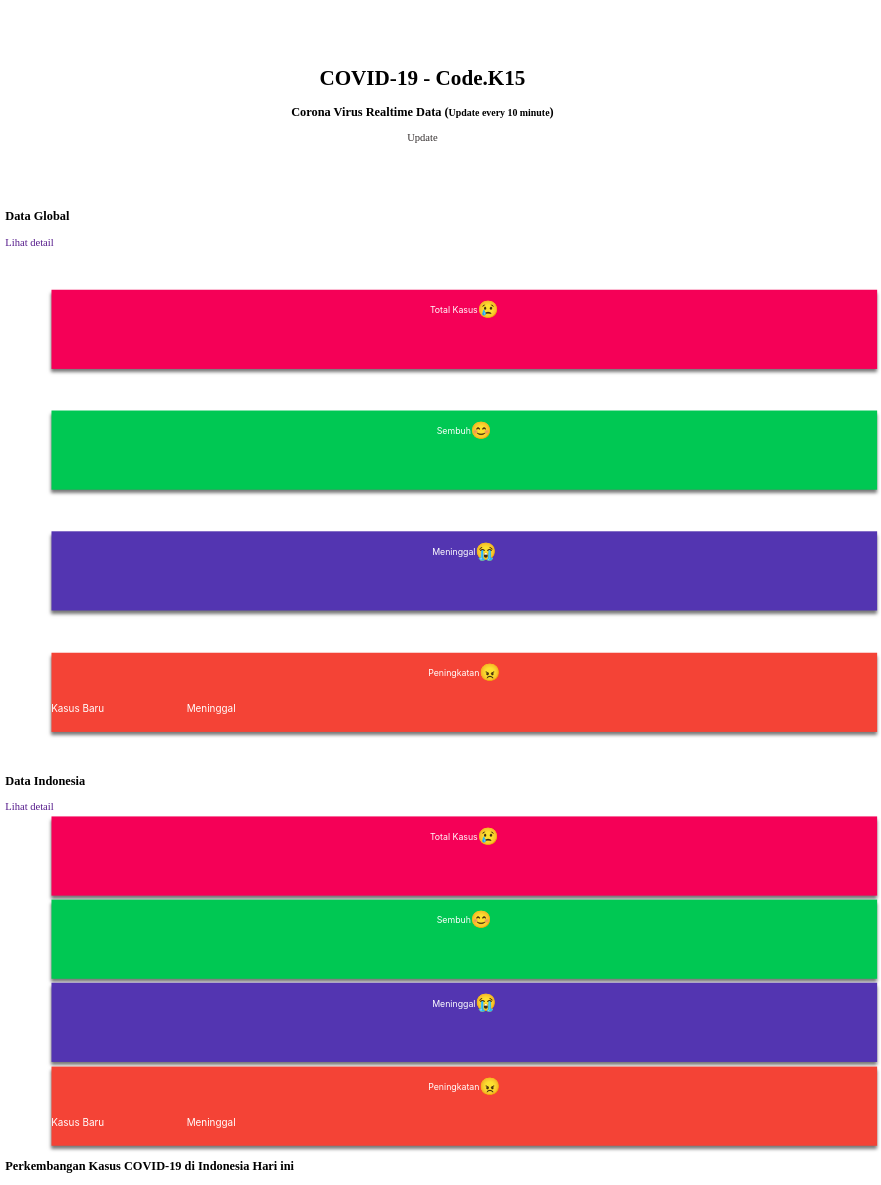
Repository: fathur15/covid19-monitoring
Page: http://localhost/covid19/apps/views/data/main/dashboard.php
The author's editor kept a copy of each file at every save. The page is drawn from the files as they stood at one save, then again after the next save.
The browser window is 1280 px wide. The page is 1335 px wide, so the pictures cover 1335 px, including what lies to the right of the window. The pictures show the whole page, at 66% of full size.
The page is run by PHP 8.4 with error messages shown; the project is at /var/www/html/.

Above is the page before, as saved 2020-04-14 14:02:56.

### apps/views/data/main/dashboard.php

<style>

    #resumeGlobal p, h5{
        color: white;
        font-weight: 400;
        font-family: -apple-system, BlinkMacSystemFont, 'Segoe UI', Roboto, Oxygen, Ubuntu, Cantarell, 'Open Sans', 'Helvetica Neue', sans-serif
    }
    #resumeIndonesia p, h5{
        color: white;
        font-weight: 400;
        font-family: -apple-system, BlinkMacSystemFont, 'Segoe UI', Roboto, Oxygen, Ubuntu, Cantarell, 'Open Sans', 'Helvetica Neue', sans-serif
    }
    .shadow-box{
        -webkit-box-shadow: 0 15px 10px #777;
        -moz-box-shadow: 0 15px 10px #777;
        box-shadow: 0 5px 5px #777;

    }
    .content-main-wrapper{
        /* margin: 5% 0; */
    }
    /* .shadow-box:after{
        -webkit-transform: rotate(3deg);
        -moz-transform: rotate(3deg);
        -o-transform: rotate(3deg);
        -ms-transform: rotate(3deg);
        transform: rotate(3deg);
        right: 10px;
        left: auto;
    } */

</style>
<div class="content">
    <div class="heading" style="margin: 100px 30%; text-align: center">
        <h1>COVID-19 - Code.K15</h1>
        <h3>Corona Virus Realtime Data (<small style="font-size: 15px">Update every 10 minute</small>)</h3>
        <p id="date-update" style="color: #353030;">Update</p>
    </div>
    <div class="main">
        <div class="container">
            <div class="row content-main-wrapper">
                <div class="head-main-content">
                    <h3>Data Global</h3>
                    <a style="text-decoration: none" href="">Lihat detail  <i class="fas fa-long-arrow-alt-right" aria-hidden="true"></i></a>
                </div>
                <div id="resumeGlobal" class="row" style="width: 100%; margin: 0 5%" >
                        <div class="card col-sm-3 shadow-box" style="background: #f50057; margin:5% 0.5%; align-items: center; height: 120px ">
                            <div class="card-body">
                                <div style="flex-direction: row; display: flex; justify-content: center; align-items: center">
                                    <h5 id="title-kasus-global" class="card-text">Total Kasus</h5>
                                    <span style="color: black; font-size: 25px; text-shadow: 0 0 0 yellow">&#x1F622</span>
                                </div>
                                <p class="card-text" id="kasus-global"></p>
                            </div>
                        </div>
                        <div class="card col-sm-3 shadow-box" style="background: #00c853; margin: 5% 0.5%; align-items: center; height: 120px ">
                            <div class="card-body">
                                <div style="flex-direction: row; display: flex; justify-content: center; align-items: center">
                                    <h5 id="title-kasus-global" class="card-text">Sembuh</h5>
                                    <span style="color: black; font-size: 25px; text-shadow: 0 0 0 yellow">&#x1F60A</span>
                                </div>
                                <p class="card-text" id="sembuh-global"></p>
                                <!-- <p style="">Orang</p> -->
                            </div>
                        </div>
                        <div class="card col-sm-3 shadow-box" style="margin:5% 0.5%; height: 120px;align-items: center;  background :#5335b1">
                            <div class="card-body">
                                <div style="flex-direction: row; display: flex; justify-content: center; align-items: center;">
                                    <h5 id="title-kasus-global" class="card-text">Meninggal</h5>
                                    <span style="color: black; font-size: 25px; text-shadow: 0 0 0 yellow">&#x1F62D</span>
                                </div>
                                <p class="card-text" id="meninggal-global"></p>
                                <!-- <p style="">Orang</p> -->
                            </div>
                        </div>
                        <div class="card col-sm-3 shadow-box" style="margin:5% 0.5%; height: 120px; background: #f44336">
                            <div class="card-body">
                                <div style="flex-direction: row; display: flex; justify-content: center; align-items: center;">
                                    <h5 id="title-kasus-global" class="card-text">Peningkatan</h5>
                                    <span style="color: black; font-size: 25px; text-shadow: 0 0 0 yellow">&#x1F620</span>
                                </div>
                                <div style="flex-direction: row; display: flex;">
                                    <p style="font-size: 15px">Kasus Baru</p>
                                    <p style="margin-left: 10%; font-size: 15px">Meninggal </p>
                                </div>
                                <div style="display: flex; margin-top: -9%">
                                    <p style="font-size: 15px" class="card-text" id="kasus-baru-global"></p>
                                    <p style="margin-left: 10%; font-size: 15px" class="card-text" id="meninggal-baru-global"></p>
                                </div>
                            </div>
                        </div>
                    </div>
                </div>
            <div class="row content-main-wrapper" >
                <div class="head-main-content">
                    <h3>Data Indonesia</h3>
                    <a style="text-decoration: none" href="">Lihat detail  <i class="fas fa-long-arrow-alt-right" aria-hidden="true"></i></a>
                </div>
                <div  id="resumeIndonesia" class="row" style="width: 100%; margin: 0 5%;" >
                    <div class="card col-sm-3 shadow-box" style="background: #f50057; margin: 0.5%; align-items: center; height: 120px ">
                        <div class="card-body">
                            <div style="flex-direction: row; display: flex; justify-content: center; align-items: center">
                                <h5 id="title-kasus-indonesia" class="card-text">Total Kasus</h5>
                                <span style="color: black; font-size: 25px; text-shadow: 0 0 0 yellow">&#x1F622</span>
                            </div>
                            <p style="font-size: 14px" class="card-text" id="kasus-indonesia"></p>
                        </div>
                    </div>
                    <div class="card col-sm-3 shadow-box" style="background: #00c853; margin: 0.5%; align-items: center; height: 120px ">
                        <div class="card-body">
                            <div style="flex-direction: row; display: flex; justify-content: center; align-items: center">
                                <h5 id="title-kasus-indonesia" class="card-text">Sembuh</h5>
                                <span style="color: black; font-size: 25px; text-shadow: 0 0 0 yellow">&#x1F60A</span>
                            </div>
                            <p class="card-text" id="sembuh-indonesia"></p>
                        </div>
                    </div>
                    <div class="card col-sm-3 shadow-box" style="margin: 0.5%; height: 120px;align-items: center;  background :#5335b1">
                        <div class="card-body">
                            <div style="flex-direction: row; display: flex; justify-content: center; align-items: center;">
                                <h5 id="title-kasus-indonesia" class="card-text">Meninggal</h5>
                                <span style="color: black; font-size: 25px; text-shadow: 0 0 0 yellow">&#x1F62D</span>
                            </div>
                            <p class="card-text" id="meninggal-indonesia"></p>
                        </div>
                    </div>
                    <div class="card col-sm-3 shadow-box" style="margin: 0.5%; height: 120px; background: #f44336">
                        <div class="card-body">
                            <div style="flex-direction: row; display: flex; justify-content: center; align-items: center;">
                                <h5 id="title-kasus-indonesia" class="card-text">Peningkatan</h5>
                                <span style="color: black; font-size: 25px; text-shadow: 0 0 0 yellow">&#x1F620</span>
                            </div>
                            <div style="flex-direction: row; display: flex;">
                                <p style="font-size: 15px">Kasus Baru</p>
                                <p style="margin-left: 10%; font-size: 15px">Meninggal </p>
                            </div>
                            <div style="display: flex; margin-top: -9%">
                                <p style="font-size: 15px" class="card-text" id="kasus-baru-indonesia"></p>
                                <p style="margin-left: 10%; font-size: 15px" class="card-text" id="meninggal-baru-indonesia"></p>
                            </div>
                        </div>
                    </div>
                </div>
            </div>
            <div class="row content-main-wrapper" >
                 <div class="head-main-content">
                    <h3>Perkembangan Kasus COVID-19 di Indonesia Hari ini</h3>
                </div>
            </div>
        </div>
    </div>
</div>

After the next save:
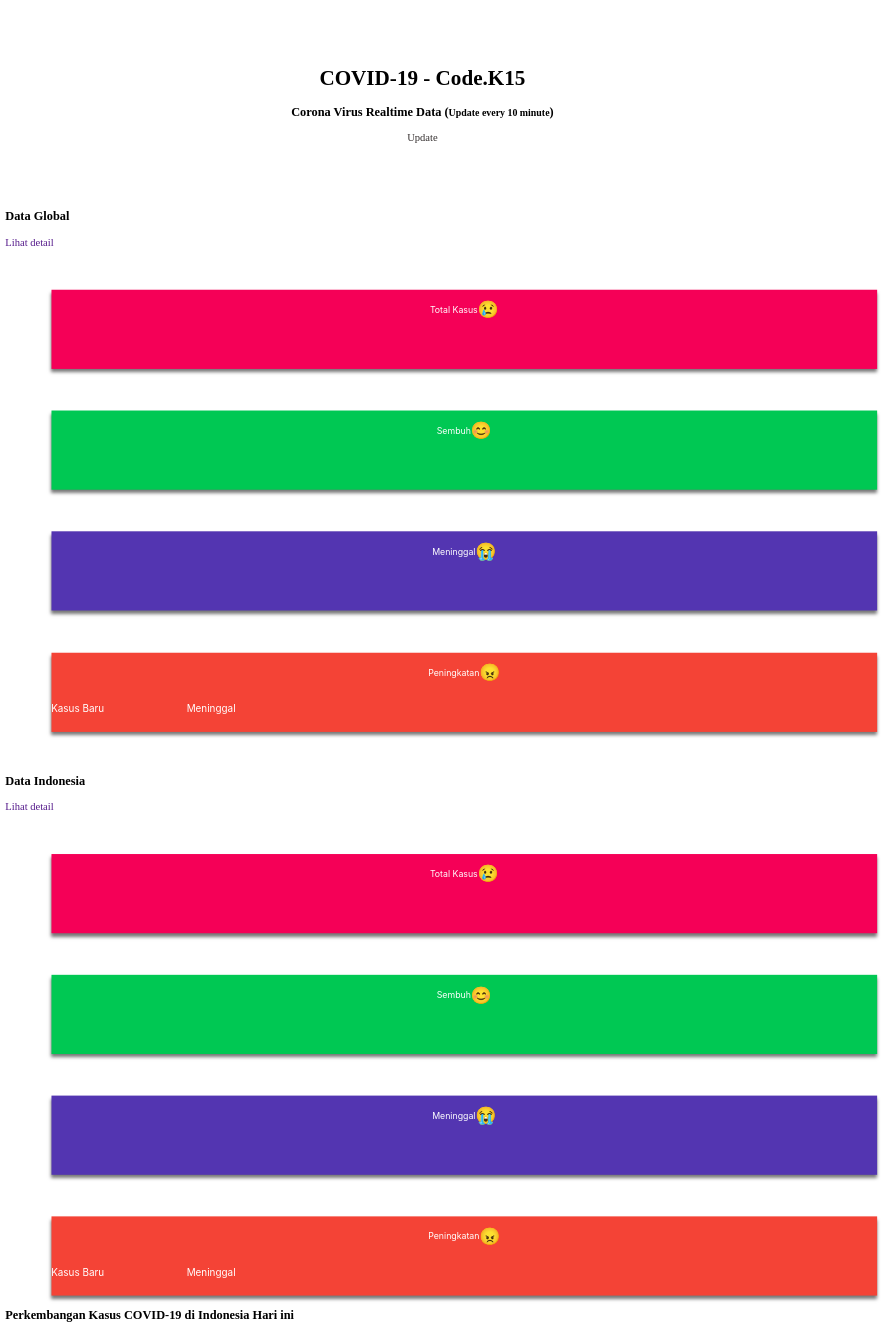
Saved 26 s later.
--- a/apps/views/data/main/dashboard.php
+++ b/apps/views/data/main/dashboard.php
@@ -98,7 +98,7 @@
                     <a style="text-decoration: none" href="">Lihat detail  <i class="fas fa-long-arrow-alt-right" aria-hidden="true"></i></a>
                 </div>
                 <div  id="resumeIndonesia" class="row" style="width: 100%; margin: 0 5%;" >
-                    <div class="card col-sm-3 shadow-box" style="background: #f50057; margin: 0.5%; align-items: center; height: 120px ">
+                    <div class="card col-sm-3 shadow-box" style="background: #f50057; margin: 5% 0.5%; align-items: center; height: 120px ">
                         <div class="card-body">
                             <div style="flex-direction: row; display: flex; justify-content: center; align-items: center">
                                 <h5 id="title-kasus-indonesia" class="card-text">Total Kasus</h5>
@@ -107,7 +107,7 @@
                             <p style="font-size: 14px" class="card-text" id="kasus-indonesia"></p>
                         </div>
                     </div>
-                    <div class="card col-sm-3 shadow-box" style="background: #00c853; margin: 0.5%; align-items: center; height: 120px ">
+                    <div class="card col-sm-3 shadow-box" style="background: #00c853; margin: 5% 0.5%; align-items: center; height: 120px ">
                         <div class="card-body">
                             <div style="flex-direction: row; display: flex; justify-content: center; align-items: center">
                                 <h5 id="title-kasus-indonesia" class="card-text">Sembuh</h5>
@@ -116,7 +116,7 @@
                             <p class="card-text" id="sembuh-indonesia"></p>
                         </div>
                     </div>
-                    <div class="card col-sm-3 shadow-box" style="margin: 0.5%; height: 120px;align-items: center;  background :#5335b1">
+                    <div class="card col-sm-3 shadow-box" style="margin: 5% 0.5%; height: 120px;align-items: center;  background :#5335b1">
                         <div class="card-body">
                             <div style="flex-direction: row; display: flex; justify-content: center; align-items: center;">
                                 <h5 id="title-kasus-indonesia" class="card-text">Meninggal</h5>
